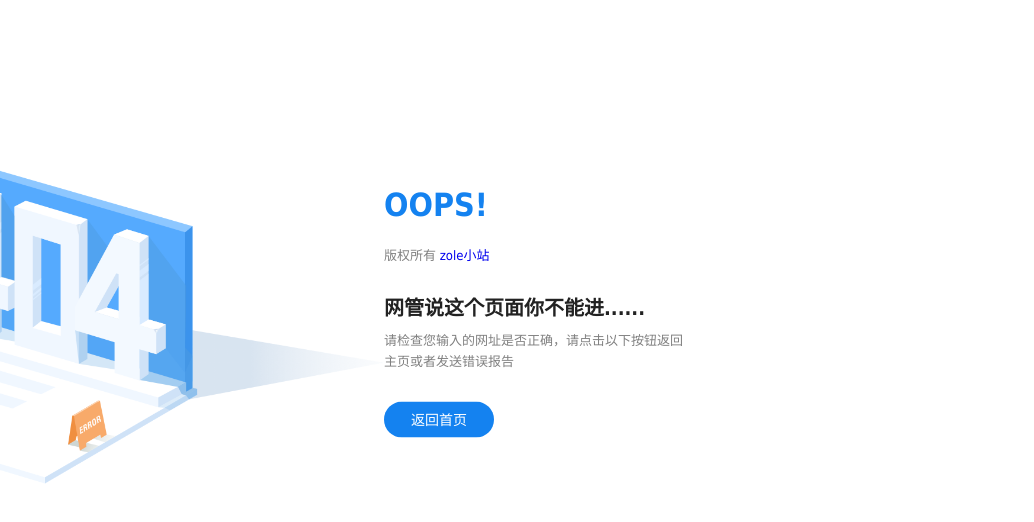
Repository: zoley/take-out-food
Page: /404
The author's editor kept a copy of each file at every save. The page is drawn from the files as they stood at one save, then again after the next save.
The browser window is 768 px wide. The page is 1034 px wide, so the pictures cover 1034 px, including what lies to the right of the window. The pictures show the whole page.
The project was rebuilt for these pictures with package versions that can differ from the ones it lists, and the page was loaded fresh each time. Also part of the build but not shown: vue.config.js, src/views/layout/index.vue, src/views/goods/index.vue, src/assets/css/base.css.

Above is the page before, as saved 2019-11-03 00:07:00.

### public/index.html
<!DOCTYPE html>
<html lang="en">
  <head>
    <meta charset="utf-8">
    <meta http-equiv="X-UA-Compatible" content="IE=edge">
    <meta name="viewport" content="width=device-width,initial-scale=1.0">
    <link rel="icon" href="<%= BASE_URL %>favicon.ico">
    <title>take-out-food</title>
  </head>
  <body>
    <noscript>
      <strong>We're sorry but take-out-food doesn't work properly without JavaScript enabled. Please enable it to continue.</strong>
    </noscript>
    <div id="app"></div>
    <!-- built files will be auto injected -->
  </body>
</html>

### src/main.js
import Vue from 'vue'
import App from './App.vue'
import './registerServiceWorker'
import router from './router'
import store from './store'

import './assets/css/reset.css' //格式化样式
import './assets/css/base.css' //全局样式

Vue.config.productionTip = false

new Vue({
  router,
  store,
  render: h => h(App)
}).$mount('#app')

### src/App.vue
<template>
  <div id="app">
    <router-view></router-view>
  </div>
</template>
<script>
export default{
}
</script>
<style scoped lang="scss">

</style>

### src/router/index.js
import Vue from 'vue'
import VueRouter from 'vue-router'
import Layout from '../views/layout/index'
import Goods from '../views/goods/index'

Vue.use(VueRouter)

const routes = [
  {
    path: '/404',
    component: () => import('../views/errorPage/404'),
    hidden: true
  },
  {
    path: '/',
    redirect:'/goods',
    component: Layout,
    children:[
      {
        path: '/goods',
        name: 'goods',
        component: Goods,
      },
      {
        path: '/ratings',
        name: 'ratings',
        component: () => import('../views/ratings/index')
      },
      {
        path: '/seller',
        name: 'seller',
        component: () => import('../views/seller/index')
      },
    ]
  },
  { path: '*', redirect: '/404', hidden: true }
]

const router = new VueRouter({
  mode: 'history',
  base: process.env.BASE_URL,
  routes
})

export default router

### src/assets/css/reset.css
/*---格式化-reset----*/
body,h1,h2,h3,h4,h5,h6,hr,p,blockquote,dl,dt,dd,ul,ol,li,pre,fieldset,lengend,button,input,textarea,th,td{margin:0;padding:0}
body,button,input,select,textarea{font:12px/1 'Microsoft Yahei',Tahoma,Helvetica,Arial,"\5b8b\4f53",sans-serif}
h1{font-size:18px}
h2{font-size:16px}
h3{font-size:14px}
h4,h5,h6{font-size:100%}
address,cite,dfn,em,var{font-style:normal}
code,kbd,pre,samp,tt{font-family:"Courier New",Courier,monospace}
small{font-size:12px}
ul,ol{list-style:none}
a{text-decoration:none}
a:hover{text-decoration:underline}
abbr[title],acronym[title]{border-bottom:1px dotted;cursor:help}
q:before,q:after{content:''}
legend{color:#000}
fieldset,img{border:none}
button,input,select,textarea{font-size:100%}
table{border-collapse:collapse;border-spacing:0}
hr{border:none;height:1px}
html{overflow-y:scroll}

### src/views/errorPage/404.vue
<template>
  <div class="wscn-http404-container">
    <div class="wscn-http404">
      <div class="pic-404">
        <img class="pic-404__parent" src="@/assets/404_images/404.png" alt="404">
        <img class="pic-404__child left" src="@/assets/404_images/404_cloud.png" alt="404">
        <img class="pic-404__child mid" src="@/assets/404_images/404_cloud.png" alt="404">
        <img class="pic-404__child right" src="@/assets//404_images/404_cloud.png" alt="404">
      </div>
      <div class="bullshit">
        <div class="bullshit__oops">OOPS!</div>
        <div class="bullshit__info">版权所有
          <a class="link-type" href="http://zoley.me/blog.php" target="_blank">zole小站</a>
        </div>
        <div class="bullshit__headline">{{ message }}</div>
        <div class="bullshit__info">请检查您输入的网址是否正确，请点击以下按钮返回主页或者发送错误报告</div>
        <router-link to="/" class="bullshit__return-home">返回首页</router-link>
      </div>
    </div>
  </div>
</template>

<script>

export default {
  name: 'Page404',
  computed: {
    message() {
      return '网管说这个页面你不能进......'
    }
  }
}
</script>

<style rel="stylesheet/scss" lang="scss" scoped>
.wscn-http404-container{
  transform: translate(-50%,-50%);
  position: absolute;
  top: 40%;
  left: 50%;
}
.wscn-http404 {
  position: relative;
  width: 1200px;
  padding: 0 50px;
  overflow: hidden;
  .pic-404 {
    position: relative;
    float: left;
    width: 600px;
    overflow: hidden;
    &__parent {
      width: 100%;
    }
    &__child {
      position: absolute;
      &.left {
        width: 80px;
        top: 17px;
        left: 220px;
        opacity: 0;
        animation-name: cloudLeft;
        animation-duration: 2s;
        animation-timing-function: linear;
        animation-fill-mode: forwards;
        animation-delay: 1s;
      }
      &.mid {
        width: 46px;
        top: 10px;
        left: 420px;
        opacity: 0;
        animation-name: cloudMid;
        animation-duration: 2s;
        animation-timing-function: linear;
        animation-fill-mode: forwards;
        animation-delay: 1.2s;
      }
      &.right {
        width: 62px;
        top: 100px;
        left: 500px;
        opacity: 0;
        animation-name: cloudRight;
        animation-duration: 2s;
        animation-timing-function: linear;
        animation-fill-mode: forwards;
        animation-delay: 1s;
      }
      @keyframes cloudLeft {
        0% {
          top: 17px;
          left: 220px;
          opacity: 0;
        }
        20% {
          top: 33px;
          left: 188px;
          opacity: 1;
        }
        80% {
          top: 81px;
          left: 92px;
          opacity: 1;
        }
        100% {
          top: 97px;
          left: 60px;
          opacity: 0;
        }
      }
      @keyframes cloudMid {
        0% {
          top: 10px;
          left: 420px;
          opacity: 0;
        }
        20% {
          top: 40px;
          left: 360px;
          opacity: 1;
        }
        70% {
          top: 130px;
          left: 180px;
          opacity: 1;
        }
        100% {
          top: 160px;
          left: 120px;
          opacity: 0;
        }
      }
      @keyframes cloudRight {
        0% {
          top: 100px;
          left: 500px;
          opacity: 0;
        }
        20% {
          top: 120px;
          left: 460px;
          opacity: 1;
        }
        80% {
          top: 180px;
          left: 340px;
          opacity: 1;
        }
        100% {
          top: 200px;
          left: 300px;
          opacity: 0;
        }
      }
    }
  }
  .bullshit {
    position: relative;
    float: left;
    width: 300px;
    padding: 30px 0;
    overflow: hidden;
    &__oops {
      font-size: 32px;
      font-weight: bold;
      line-height: 40px;
      color: #1482f0;
      opacity: 0;
      margin-bottom: 20px;
      animation-name: slideUp;
      animation-duration: 0.5s;
      animation-fill-mode: forwards;
    }
    &__headline {
      font-size: 20px;
      line-height: 24px;
      color: #222;
      font-weight: bold;
      opacity: 0;
      margin-bottom: 10px;
      animation-name: slideUp;
      animation-duration: 0.5s;
      animation-delay: 0.1s;
      animation-fill-mode: forwards;
    }
    &__info {
      font-size: 13px;
      line-height: 21px;
      color: grey;
      opacity: 0;
      margin-bottom: 30px;
      animation-name: slideUp;
      animation-duration: 0.5s;
      animation-delay: 0.2s;
      animation-fill-mode: forwards;
    }
    &__return-home {
      display: block;
      float: left;
      width: 110px;
      height: 36px;
      background: #1482f0;
      border-radius: 100px;
      text-align: center;
      color: #ffffff;
      opacity: 0;
      font-size: 14px;
      line-height: 36px;
      cursor: pointer;
      animation-name: slideUp;
      animation-duration: 0.5s;
      animation-delay: 0.3s;
      animation-fill-mode: forwards;
    }
    @keyframes slideUp {
      0% {
        transform: translateY(60px);
        opacity: 0;
      }
      100% {
        transform: translateY(0);
        opacity: 1;
      }
    }
  }
}
@media screen and (max-width: 768px){
  .wscn-http404{
    .pic-404__child{
      display: none;
    }
  }
}
</style>

Loaded but not shown: src/registerServiceWorker.js (common file); src/store/index.js (common file)

After the next save:
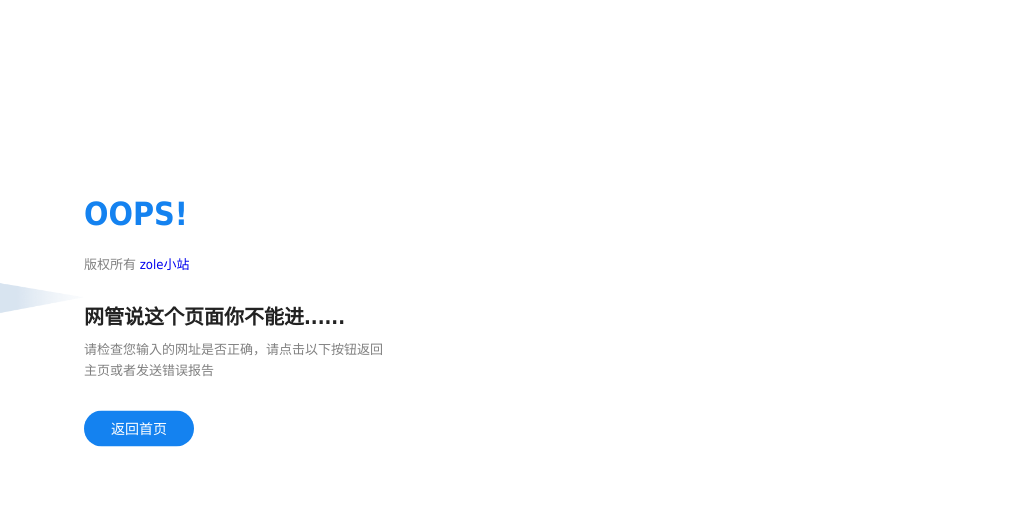
Saved 42 s later.
--- a/src/views/errorPage/404.vue
+++ b/src/views/errorPage/404.vue
@@ -230,6 +230,10 @@ export default {
     .pic-404__child{
       display: none;
     }
+    .pic-404 {
+      width:300px;
+      margin:30px auto;
+    }
   }
 }
 </style>
